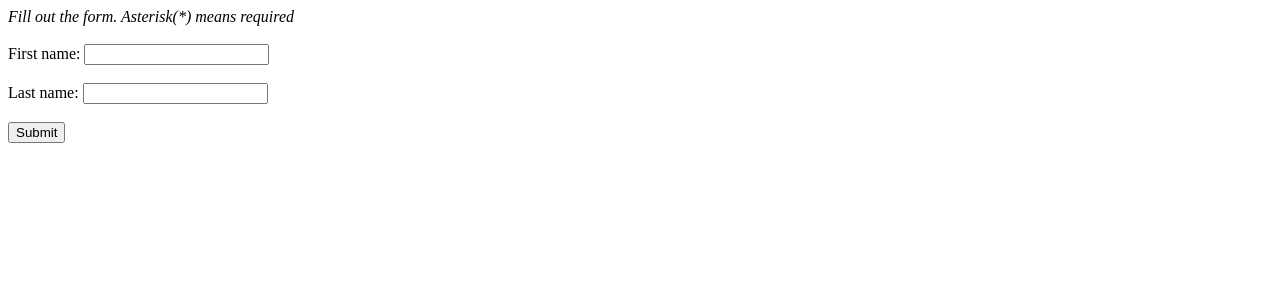
Repository: Thomas85198/SpringTest
Page: http://localhost/spring-mvc-demo/customer/showForm
An editor plug-in stored every save of this project. The page is shown before and after the next save, followed by the edit.
The browser window is 1280 px wide. The pictures show the whole page.
The page is served by Tomcat 9.

Above is the page before, as saved 2020-01-12 14:21:53.

After the next save:
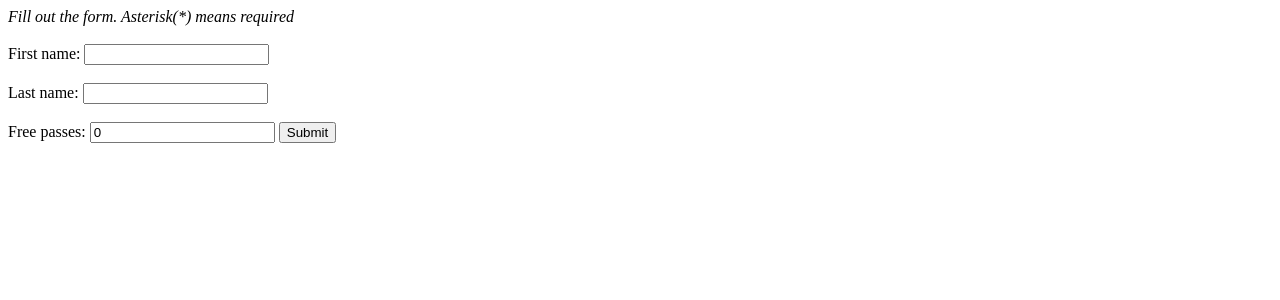
Saved 65 s later.
--- a/spring-mvc-demo/WebContent/WEB-INF/view/customer-form.jsp
+++ b/spring-mvc-demo/WebContent/WEB-INF/view/customer-form.jsp
@@ -27,6 +27,9 @@
 		<br>
 		<br>
 
+		Free passes: <form:input path="freePasses"/>
+		<form:errors passes="freePasses" cssClass="error"/>
+
 		<input type="submit" value="Submit" />
 
 	</form:form>
